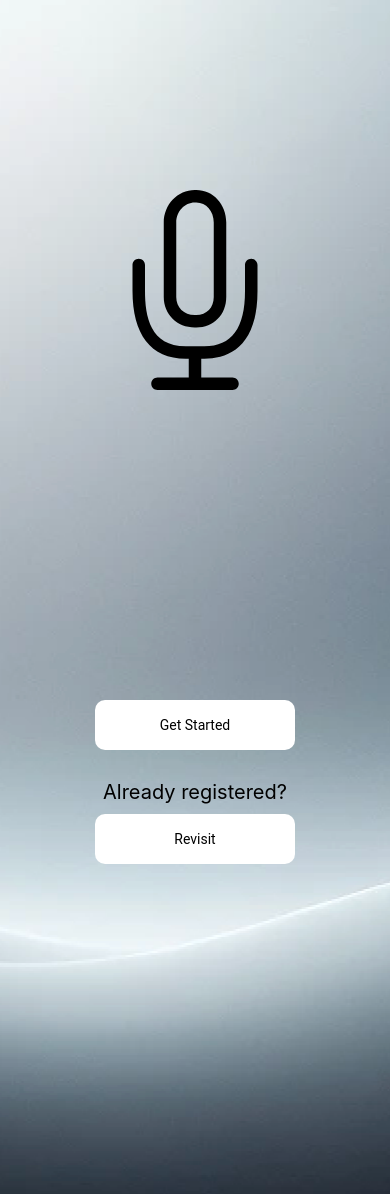
Repository: mortiestmorty1/recordings-app
Screen: / (app in frontend/)
These files come from the project's save history. The screen is drawn as it stood at one moment and after the next save; the edit follows.
The app was drawn by React Native's web renderer in a window 390 px wide. The project was rebuilt for these pictures with package versions that can differ from the ones it lists, and the page was loaded fresh each time. Also part of the build but not shown: frontend/components/registerUser.js.

Above is the screen before, as saved 2024-03-08 01:03:57.

### frontend/App.js
import { StatusBar } from 'expo-status-bar';
import { StyleSheet, View } from 'react-native';
import RegisterUser from './components/registerUser.js';
import React from 'react';
import FirstScreen from './components/firstscreen.js';

export default function App() {
  const handleRegistrationSuccess = (userData) => {
    console.log('User registered:', userData);
  };

  return (
    <View style={styles.container}>
      <FirstScreen />
      {/* <RegisterUser onSubmit={handleRegistrationSuccess} /> */}
      <StatusBar style="auto" />
    </View>
  );
}

const styles = StyleSheet.create({
  container: {
    flex: 1,
    backgroundColor: '#fff',
    alignItems: 'center',
    justifyContent: 'center',
  },
});

### frontend/components/firstscreen.js
import React from 'react';
import { View, Text, StyleSheet, TouchableOpacity, ImageBackground } from 'react-native';
import { Svg, Path } from 'react-native-svg';
import background from '../assets/background.png'; // Ensure this path is correct

const FirstScreen = () => {
  return (
    <View style={styles.container}>
      <ImageBackground
        source={background}
        resizeMode="cover"
        style={styles.imageBackground}
      >
        <Svg style={styles.logo} fill="#000000" width="200" height="200" viewBox="0 0 1024 1024">
          <Path d="M510.88 704h7.6C607.44 704 672 638.4 672 548.032V166.624C672 73.184 604.56 0 518.466 0h-7.584C423.264 0 352 74.752 352 166.624v381.408C352 636.944 420.304 704 510.88 704zM416 166.624C416 110.032 458.56 64 510.88 64h7.6C569.504 64 608 108.128 608 166.624v381.408C608 603.024 572.032 640 518.464 640h-7.584c-55.872 0-94.88-37.808-94.88-91.968zM800 352c-17.68 0-32 14.336-32 32v133.072c0 190.4-67.968 282.929-207.744 282.929H465.12c-182.8 0-209.12-153.84-209.12-282.928V384.001c0-17.664-14.336-32-32-32s-32 14.336-32 32v133.072c0 220.496 91.888 346.928 273.12 346.928H480v96H320c-17.664 0-32 14.336-32 32s14.336 32 32 32h384c17.664 0 32-14.336 32-32s-14.336-32-32-32H544v-96h16.256C684.224 864.001 832 803.809 832 517.072V384c0-17.664-14.32-32-32-32z" />
        </Svg>
        <View style={styles.content}>
          <TouchableOpacity style={styles.btn1} onPress={() => console.log("Get Started pressed")}>
            <Text style={styles.btnText}>Get Started</Text>
          </TouchableOpacity>
          <Text style={styles.text}>Already registered?</Text>
          <TouchableOpacity style={styles.btn1} onPress={() => console.log("Revisit pressed")}>
            <Text style={styles.btnText}>Revisit</Text>
          </TouchableOpacity>
        </View>
      </ImageBackground>
    </View>
  );
};

const styles = StyleSheet.create({
  container: {
    flex: 1,
    width: '100%',
    height: '100%',
    justifyContent: 'center',
    alignItems: 'center',
  },
  imageBackground: {
    flex: 1,
    width: '100%',
    justifyContent: 'center',
    alignItems: 'center',
  },
  logo: {
    marginBottom: 100,
  },
  text: {
    fontSize: 20,
    margin: 20,
  },
  content: {
    justifyContent: 'center',
    alignItems: 'center',
    top: 220,
  },
  btn1: {
    width: 200,
    height: 50,
    backgroundColor: 'white',
    borderRadius: 10,
    justifyContent: 'center',
    alignItems: 'center',
    bottom: 10,
  },
  btnText: {
    color: 'black',
    fontFamily: 'Roboto', // Directly use 'Roboto' without requiring the font file
  },
});

export default FirstScreen;

After the next save:
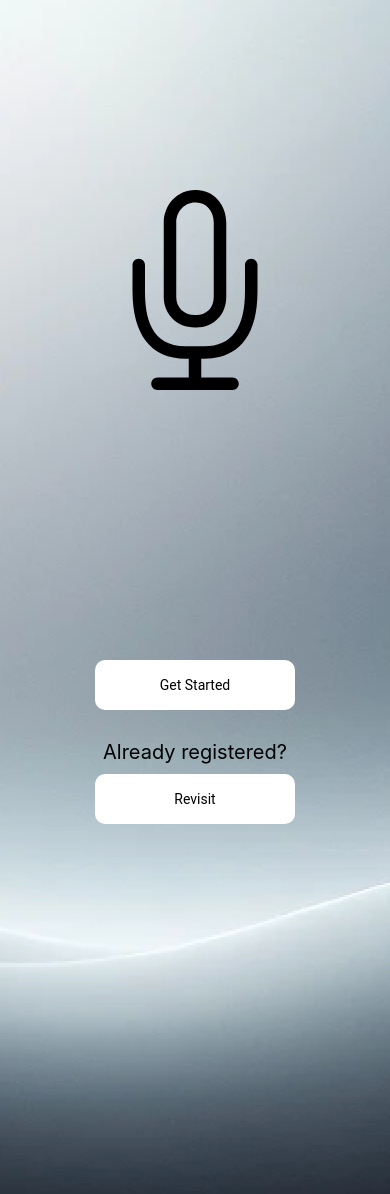
Saved 6 s later.
--- a/frontend/components/firstscreen.js
+++ b/frontend/components/firstscreen.js
@@ -52,7 +52,7 @@ const styles = StyleSheet.create({
   content: {
     justifyContent: 'center',
     alignItems: 'center',
-    top: 220,
+    top: 180,
   },
   btn1: {
     width: 200,
